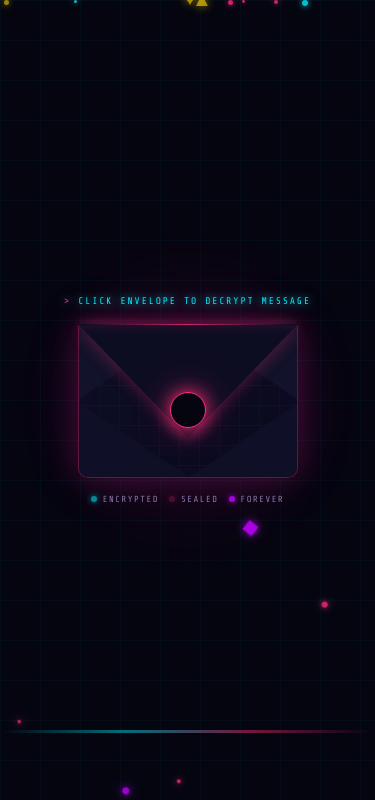
Repository: Markpol2003/letter
Page: /
The author's editor kept a copy of each file at every save. The page is drawn from the files as they stood at one save, then again after the next save.
The browser window is 375 px wide. The pictures show the whole page.
The project was rebuilt for these pictures with package versions that can differ from the ones it lists, and the page was loaded fresh each time. Also part of the build but not shown: vite.config.js, src/components/TextPortrait.module.css, src/components/TextPortrait.jsx, src/components/LetterOverlay.module.css, src/components/LetterOverlay.jsx.

Above is the page before, as saved 2026-03-16 16:37:53.

### index.html
<!doctype html>
<html lang="en">
  <head>
    <meta charset="UTF-8" />
    <link rel="icon" type="image/svg+xml" href="/favicon.svg" />
    <meta name="viewport" content="width=device-width, initial-scale=1.0" />
    <title>Secret</title>
  </head>
  <body>
    <div id="root"></div>
    <script type="module" src="/src/main.jsx"></script>
  </body>
</html>

### src/index.css
@import url('https://fonts.googleapis.com/css2?family=Share+Tech+Mono&family=Orbitron:wght@400;700;900&family=Rajdhani:wght@300;400;600&display=swap');

*, *::before, *::after {
  margin: 0;
  padding: 0;
  box-sizing: border-box;
}

html {
  font-size: 16px;
}

:root {
  --neon-pink:    #ff2d78;
  --neon-purple:  #bf00ff;
  --neon-cyan:    #00f0ff;
  --neon-gold:    #ffd700;
  --dark-bg:      #050510;
  --dark-card:    #0a0a1a;
  --dark-glass:   rgba(8, 8, 22, 0.82);
  --text-primary: #f0e6ff;
  --text-muted:   #8a7aaa;
}

body {
  background: var(--dark-bg);
  font-family: 'Rajdhani', sans-serif;
  overflow: hidden;
}

### src/App.jsx
import { useState } from 'react';
import Background    from './components/Background';
import Particles     from './components/Particles';
import HintText      from './components/HintText';
import Envelope      from './components/Envelope';
import StatsRow      from './components/StatsRow';
import LetterOverlay from './components/LetterOverlay';
import styles        from './App.module.css';

export default function App() {
  const [isOpen,     setIsOpen]     = useState(false);
  const [showLetter, setShowLetter] = useState(false);

  const openLetter = () => {
    setIsOpen(true);
    setTimeout(() => setShowLetter(true), 620);
  };

  const closeLetter = () => {
    setShowLetter(false);
    setTimeout(() => setIsOpen(false), 300);
  };

  return (
    <div className={styles.app}>
      <Background />
      <Particles />
      <HintText />
      <Envelope isOpen={isOpen} onClick={openLetter} />
      <StatsRow />
      {showLetter && <LetterOverlay onClose={closeLetter} />}
    </div>
  );
}

### src/components/Background.jsx
import styles from './Background.module.css';

export default function Background() {
  return (
    <>
      <div className={styles.gridBg}    />
      <div className={styles.glowCenter}/>
      <div className={styles.scanline}  />
      <div className={`${styles.cornerDecor} ${styles.tl}`}/>
      <div className={`${styles.cornerDecor} ${styles.tr}`}/>
      <div className={`${styles.cornerDecor} ${styles.bl}`}/>
      <div className={`${styles.cornerDecor} ${styles.br}`}/>
    </>
  );
}

### src/components/Particles.jsx
import { useMemo } from 'react';
import styles from './Particles.module.css';

const COLORS = [
  'rgba(255,45,120,0.8)',
  'rgba(0,240,255,0.8)',
  'rgba(191,0,255,0.8)',
  'rgba(255,215,0,0.6)',
];
const SHAPES = ['♥','◆','▲','✦','●'];

export default function Particles() {
  const items = useMemo(() => {
    const count = window.innerWidth < 480 ? 14 : 28;
    return Array.from({ length: count }, (_, i) => {
      const useShape = Math.random() > 0.5;
      const color    = COLORS[Math.floor(Math.random() * COLORS.length)];
      return {
        id:       i,
        useShape,
        color,
        shape:    SHAPES[Math.floor(Math.random() * SHAPES.length)],
        left:     Math.random() * 100,
        size:     useShape ? null : 2 + Math.random() * 4,
        fontSize: useShape ? 0.5 + Math.random() * 0.9 : null,
        duration: 8  + Math.random() * 14,
        delay:    Math.random() * 10,
      };
    });
  }, []);

  return (
    <div className={styles.container}>
      {items.map(p => (
        <span
          key={p.id}
          className={styles.particle}
          style={{
            left:              `${p.left}vw`,
            width:             p.useShape ? 0 : `${p.size}px`,
            height:            p.useShape ? 0 : `${p.size}px`,
            fontSize:          p.useShape ? `${p.fontSize}rem` : 0,
            background:        p.useShape ? 'transparent' : p.color,
            color:             p.color,
            boxShadow:         p.useShape ? 'none' : `0 0 6px ${p.color}`,
            textShadow:        '0 0 8px currentColor',
            animationDuration: `${p.duration}s`,
            animationDelay:    `${p.delay}s`,
          }}
        >
          {p.useShape ? p.shape : null}
        </span>
      ))}
    </div>
  );
}

### src/components/HintText.jsx
import { useEffect, useState } from 'react';
import styles from './HintText.module.css';

// fixed messages — no window.innerWidth check
// so it never re-renders differently on resize
const MSG = 'click envelope to decrypt message';

export default function HintText() {
  const [text, setText]       = useState('');
  const [done, setDone]       = useState(false);

  useEffect(() => {
    // reset
    setText('');
    setDone(false);
    let i = 0;

    const t = setInterval(() => {
      setText(MSG.slice(0, i + 1));
      i++;
      if (i >= MSG.length) {
        clearInterval(t);
        setDone(true);
      }
    }, 65);

    return () => clearInterval(t);
  }, []);

  return (
    <p className={`${styles.hint} ${done ? styles.done : ''}`}>
      {text}
    </p>
  );
}

### src/components/Envelope.jsx
import styles from './Envelope.module.css';

export default function Envelope({ isOpen, onClick }) {
  return (
    <div
      className={`${styles.wrapper} ${isOpen ? styles.open : ''}`}
      onClick={onClick}
      role="button"
      tabIndex={0}
      onKeyDown={e => e.key === 'Enter' && onClick()}
      aria-label="Open love letter"
    >
      <div className={styles.envelope}>
        <div className={styles.envBody}>
          <div className={styles.envLeft}  />
          <div className={styles.envRight} />
          <div className={styles.envBottom}/>
        </div>
        <div className={styles.envFlap} />
        <div className={styles.seal}>💗</div>
      </div>
    </div>
  );
}

### src/components/StatsRow.jsx
import styles from './StatsRow.module.css';

const STATS = [
  { label: 'ENCRYPTED', cls: 'cyan'   },
  { label: 'SEALED',    cls: 'pink'   },
  { label: 'FOREVER',   cls: 'purple' },
];

export default function StatsRow() {
  return (
    <div className={styles.row}>
      {STATS.map(s => (
        <div key={s.label} className={styles.chip}>
          <span className={`${styles.dot} ${styles[s.cls]}`} />
          {s.label}
        </div>
      ))}
    </div>
  );
}

### src/App.module.css
.app {
  min-height: 100vh;
  min-height: 100dvh;
  display: flex;
  flex-direction: column;
  align-items: center;
  justify-content: center;
  position: relative;
  overflow: hidden;
}

### src/components/Background.module.css
.gridBg {
  position: fixed;
  inset: 0;
  background-image:
    linear-gradient(rgba(0,240,255,0.035) 1px, transparent 1px),
    linear-gradient(90deg, rgba(0,240,255,0.035) 1px, transparent 1px);
  background-size: 40px 40px;
  z-index: 0;
  pointer-events: none;
}

.glowCenter {
  position: fixed;
  top: 50%; left: 50%;
  transform: translate(-50%, -50%);
  width: clamp(300px, 80vw, 700px);
  height: clamp(300px, 80vw, 700px);
  background: radial-gradient(
    circle,
    rgba(191,0,255,0.12)  0%,
    rgba(255,45,120,0.08) 40%,
    transparent           70%
  );
  border-radius: 50%;
  pointer-events: none;
  z-index: 0;
  animation: breathe 4s ease-in-out infinite;
}
@keyframes breathe {
  0%,100% { transform: translate(-50%,-50%) scale(1);   opacity: 1;   }
  50%      { transform: translate(-50%,-50%) scale(1.2); opacity: 0.6; }
}

.scanline {
  position: fixed;
  top: 0; left: 0;
  width: 100%; height: 3px;
  background: linear-gradient(90deg,
    transparent, var(--neon-cyan), var(--neon-pink), transparent);
  animation: scanDown 6s linear infinite;
  opacity: 0.45;
  z-index: 1;
  pointer-events: none;
}
@keyframes scanDown {
  0%   { top: -3px;  }
  100% { top: 100vh; }
}

.cornerDecor {
  position: fixed;
  width: clamp(40px, 6vw, 80px);
  height: clamp(40px, 6vw, 80px);
  pointer-events: none;
  z-index: 1;
}
.tl {
  top: clamp(10px,2vw,20px);
  left: clamp(10px,2vw,20px);
  border-top:  2px solid var(--neon-cyan);
  border-left: 2px solid var(--neon-cyan);
  box-shadow: -4px -4px 12px rgba(0,240,255,0.3);
}
.tr {
  top: clamp(10px,2vw,20px);
  right: clamp(10px,2vw,20px);
  border-top:   2px solid var(--neon-pink);
  border-right: 2px solid var(--neon-pink);
  box-shadow: 4px -4px 12px rgba(255,45,120,0.3);
}
.bl {
  bottom: clamp(10px,2vw,20px);
  left: clamp(10px,2vw,20px);
  border-bottom: 2px solid var(--neon-pink);
  border-left:   2px solid var(--neon-pink);
  box-shadow: -4px 4px 12px rgba(255,45,120,0.3);
}
.br {
  bottom: clamp(10px,2vw,20px);
  right: clamp(10px,2vw,20px);
  border-bottom: 2px solid var(--neon-cyan);
  border-right:  2px solid var(--neon-cyan);
  box-shadow: 4px 4px 12px rgba(0,240,255,0.3);
}

@media (max-width: 480px) {
  .cornerDecor { display: none; }
}

### src/components/Particles.module.css
.container {
  position: fixed;
  inset: 0;
  pointer-events: none;
  z-index: 0;
}
.particle {
  position: absolute;
  border-radius: 50%;
  display: flex;
  align-items: center;
  justify-content: center;
  animation: floatUp linear infinite;
}
@keyframes floatUp {
  0%   { transform: translateY(110vh) rotate(0deg);   opacity: 0; }
  10%  { opacity: 1; }
  90%  { opacity: 1; }
  100% { transform: translateY(-10vh) rotate(720deg); opacity: 0; }
}

### src/components/HintText.module.css
.hint {
  position: relative;
  z-index: 2;
  font-family: 'Share Tech Mono', monospace;
  font-size: clamp(0.6rem, 1.8vw, 0.78rem);
  letter-spacing: clamp(1px, 0.5vw, 3px);
  text-transform: uppercase;
  color: var(--neon-cyan);
  margin-bottom: clamp(16px, 3vw, 30px);
  text-shadow: 0 0 10px var(--neon-cyan);
  min-height: 1.2em;
  text-align: center;
  padding: 0 16px;
}
.hint::before {
  content: '> ';
  color: var(--neon-pink);
}

### src/components/Envelope.module.css
.wrapper {
  position: relative;
  z-index: 2;
  cursor: pointer;
  width:  clamp(220px, 55vw, 300px);
  height: clamp(154px, 38.5vw, 210px);
  -webkit-tap-highlight-color: transparent;
  outline: none;
}
.wrapper::before {
  content: '';
  position: absolute;
  inset: -16px;
  border-radius: 12px;
  border: 1px solid transparent;
  transition: all 0.4s ease;
}
.wrapper:hover::before,
.wrapper:focus-visible::before {
  border-color: rgba(255,45,120,0.4);
  box-shadow:
    0 0 20px rgba(255,45,120,0.3),
    0 0 60px rgba(191,0,255,0.15),
    inset 0 0 20px rgba(255,45,120,0.05);
}
.envelope {
  width: 100%;
  height: 100%;
  position: relative;
  transition: transform 0.3s ease;
}
.wrapper:hover .envelope,
.wrapper:focus-visible .envelope {
  transform: translateY(-8px) scale(1.02);
}

/* ── env body ── */
.envBody {
  position: absolute;
  inset: 0;
  background: linear-gradient(145deg, #0d0d25, #0a0a1e);
  border: 1px solid rgba(255,45,120,0.35);
  border-radius: 4px 4px 10px 10px;
  overflow: hidden;
  box-shadow:
    0 0 30px rgba(255,45,120,0.2),
    0 0 60px rgba(191,0,255,0.1),
    inset 0 0 30px rgba(191,0,255,0.05);
}
.envBody::after {
  content: '';
  position: absolute;
  inset: 0;
  background-image:
    linear-gradient(rgba(0,240,255,0.03) 1px, transparent 1px),
    linear-gradient(90deg, rgba(0,240,255,0.03) 1px, transparent 1px);
  background-size: 20px 20px;
}

/* ── triangles ── */
.envBottom {
  position: absolute; bottom: 0; left: 0;
  width: 0; height: 0;
  border-left:  150px solid #0f0f28;
  border-right: 150px solid #0f0f28;
  border-top:   100px solid transparent;
  z-index: 2;
}
.envLeft {
  position: absolute; top: 0; left: 0;
  width: 0; height: 0;
  border-top:   100px solid #12122a;
  border-right: 150px solid transparent;
  z-index: 2;
}
.envRight {
  position: absolute; top: 0; right: 0;
  width: 0; height: 0;
  border-top:  100px solid #12122a;
  border-left: 150px solid transparent;
  z-index: 2;
}

/* ── flap ── */
.envFlap {
  position: absolute; top: 0;
  width: 100%; height: 74%;
  transform-origin: top center;
  transition: transform 0.7s cubic-bezier(0.4,0,0.2,1);
  z-index: 10;
}
.envFlap::before {
  content: '';
  position: absolute; top: 0; left: 0;
  width: 0; height: 0;
  border-left:  150px solid transparent;
  border-right: 150px solid transparent;
  border-top:   156px solid #0d0d22;
  filter: drop-shadow(0 2px 8px rgba(255,45,120,0.3));
}
.envFlap::after {
  content: '';
  position: absolute; top: 0; left: 0; right: 0; height: 1px;
  background: linear-gradient(90deg,
    transparent 5%, var(--neon-pink) 50%, transparent 95%);
  box-shadow: 0 0 8px var(--neon-pink);
  opacity: 0.8;
}

/* ── seal ── */
.seal {
  position: absolute;
  top: 44%; left: 50%;
  transform: translateX(-50%);
  width:  clamp(36px, 8vw, 46px);
  height: clamp(36px, 8vw, 46px);
  z-index: 20;
  display: flex; align-items: center; justify-content: center;
  font-size: clamp(1rem, 3vw, 1.4rem);
  transition: all 0.4s ease;
}
.seal::before {
  content: '';
  position: absolute; inset: 0;
  border-radius: 50%;
  background: var(--dark-bg);
  border: 1.5px solid var(--neon-pink);
  box-shadow: 0 0 12px var(--neon-pink), 0 0 24px rgba(255,45,120,0.3);
  animation: sealPulse 2s ease-in-out infinite;
}
@keyframes sealPulse {
  0%,100% { box-shadow:0 0 12px var(--neon-pink),0 0 24px rgba(255,45,120,0.3); }
  50%      { box-shadow:0 0 22px var(--neon-pink),0 0 50px rgba(255,45,120,0.5); }
}

/* ── open state ── */
.open .envFlap { transform: rotateX(180deg); }
.open .seal    {
  opacity: 0;
  transform: translateX(-50%) scale(0) rotate(180deg);
}

/* ══════════════════════════════════════════
   RESPONSIVE TRIANGLES
   Must match wrapper width/height exactly
══════════════════════════════════════════ */

/* tablets (≤ 768px) — wrapper ~55vw */
@media (max-width: 768px) {
  .envBottom { border-left-width:110px; border-right-width:110px; border-top-width:74px;  }
  .envLeft   { border-top-width:74px;   border-right-width:110px; }
  .envRight  { border-top-width:74px;   border-left-width:110px;  }
  .envFlap::before { border-left-width:110px; border-right-width:110px; border-top-width:114px; }
}

/* phones (≤ 480px) */
@media (max-width: 480px) {
  .envBottom { border-left-width:110px; border-right-width:110px; border-top-width:74px;  }
  .envLeft   { border-top-width:74px;   border-right-width:110px; }
  .envRight  { border-top-width:74px;   border-left-width:110px;  }
  .envFlap::before { border-left-width:110px; border-right-width:110px; border-top-width:114px; }
}

/* very small phones (≤ 360px) */
@media (max-width: 360px) {
  .envBottom { border-left-width:100px; border-right-width:100px; border-top-width:67px;  }
  .envLeft   { border-top-width:67px;   border-right-width:100px; }
  .envRight  { border-top-width:67px;   border-left-width:100px;  }
  .envFlap::before { border-left-width:100px; border-right-width:100px; border-top-width:104px; }
}

### src/components/StatsRow.module.css
.row {
  position: relative;
  z-index: 2;
  display: flex;
  flex-wrap: wrap;
  gap: clamp(10px, 2.5vw, 24px);
  margin-top: clamp(16px, 3vw, 28px);
  justify-content: center;
}
.chip {
  font-family: 'Share Tech Mono', monospace;
  font-size: clamp(0.55rem, 1.5vw, 0.65rem);
  letter-spacing: 1.5px;
  text-transform: uppercase;
  color: var(--text-muted);
  display: flex; align-items: center; gap: 6px;
}
.dot {
  width: 6px; height: 6px;
  border-radius: 50%;
  flex-shrink: 0;
  animation: blink 2s ease-in-out infinite;
}
.cyan   { background: var(--neon-cyan);   box-shadow: 0 0 6px var(--neon-cyan);   }
.pink   { background: var(--neon-pink);   box-shadow: 0 0 6px var(--neon-pink);   animation-delay: 0.6s;  }
.purple { background: var(--neon-purple); box-shadow: 0 0 6px var(--neon-purple); animation-delay: 1.2s; }
@keyframes blink {
  0%,100% { opacity: 1;   }
  50%      { opacity: 0.2; }
}

Loaded but not shown: src/main.jsx (common file)

After the next save:
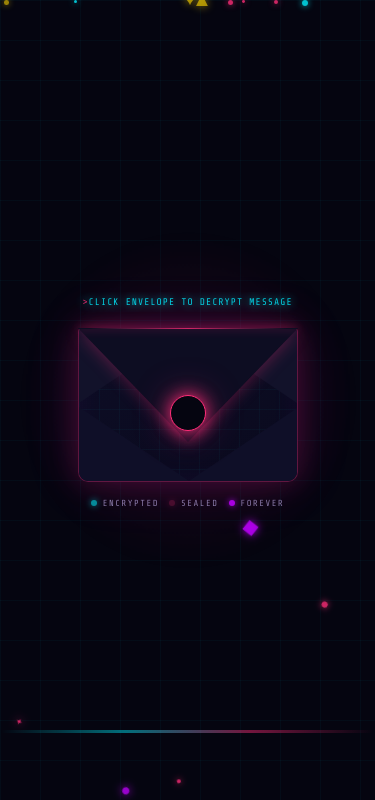
Saved 13 s later.
--- a/src/components/HintText.module.css
+++ b/src/components/HintText.module.css
@@ -8,11 +8,50 @@
   color: var(--neon-cyan);
   margin-bottom: clamp(16px, 3vw, 30px);
   text-shadow: 0 0 10px var(--neon-cyan);
-  min-height: 1.2em;
   text-align: center;
   padding: 0 16px;
+
+  /* fixed height so the page doesn't jump while typing */
+  min-height: 2em;
+  display: flex;
+  align-items: center;
+  justify-content: center;
+
+  /* cursor blink while typing */
+  border-right: 2px solid var(--neon-cyan);
+  white-space: nowrap;
+  overflow: hidden;
 }
+
+/* remove cursor when done typing */
+.done {
+  border-right: 2px solid transparent;
+  /* subtle pulse after typing finishes */
+  animation: pulse 3s ease-in-out infinite;
+}
+
+@keyframes pulse {
+  0%,100% { opacity: 1;   }
+  50%      { opacity: 0.5; }
+}
+
 .hint::before {
   content: '> ';
   color: var(--neon-pink);
+  flex-shrink: 0;
 }
+
+/* on very small screens allow wrapping */
+@media (max-width: 380px) {
+  .hint {
+    white-space: normal;
+    border-right: none;
+    font-size: 0.6rem;
+    letter-spacing: 1px;
+    text-align: center;
+    animation: pulse 3s ease-in-out infinite;
+  }
+  .done {
+    border-right: none;
+  }
+}
